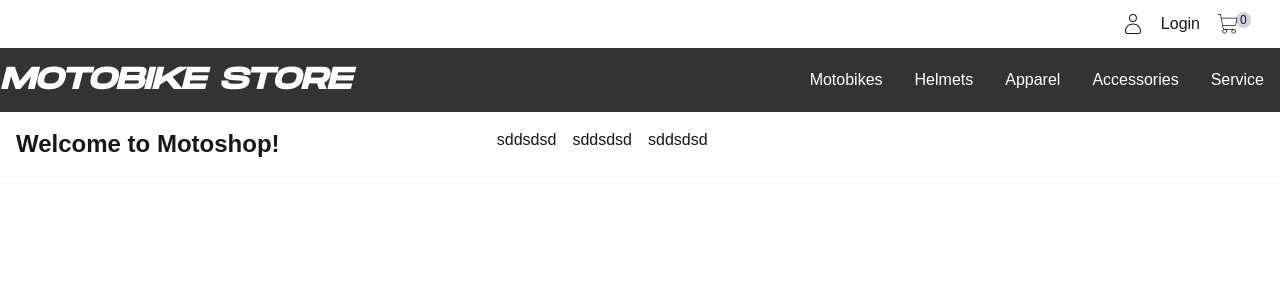
Repository: Than-sothearak/next-motoshop
Page: /
An editor plug-in stored every save of this project. The page is shown before and after the next save, followed by the edit.
The browser window is 1280 px wide. The pictures show the whole page.
The project was rebuilt for these pictures with package versions that can differ from the ones it lists, and the page was loaded fresh each time. The framework's server and built-in components were replaced by stand-ins that run in the browser. Also part of the build but not shown: next.config.mjs.

Above is the page before, as saved 2024-10-10 21:29:31.

After the next save:
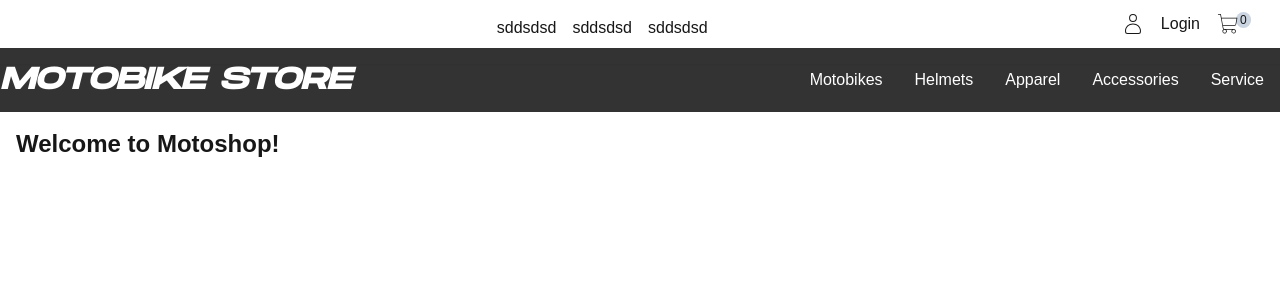
Saved 14 s later.
--- a/app/components/Navbar.js
+++ b/app/components/Navbar.js
@@ -58,7 +58,7 @@ export default function Navbar() {
         </div>
       </nav>
 
-      <div className="shadow-sm p-4 h-16 container mx-auto  justify-center flex absolute z-20">
+      <div className="shadow-sm p-4 h-16 container mx-auto  justify-center flex absolute z-20 top-0">
         <div>
           <ul className="grid grid-cols-4 gap-4">
             <a>sddsdsd</a>
